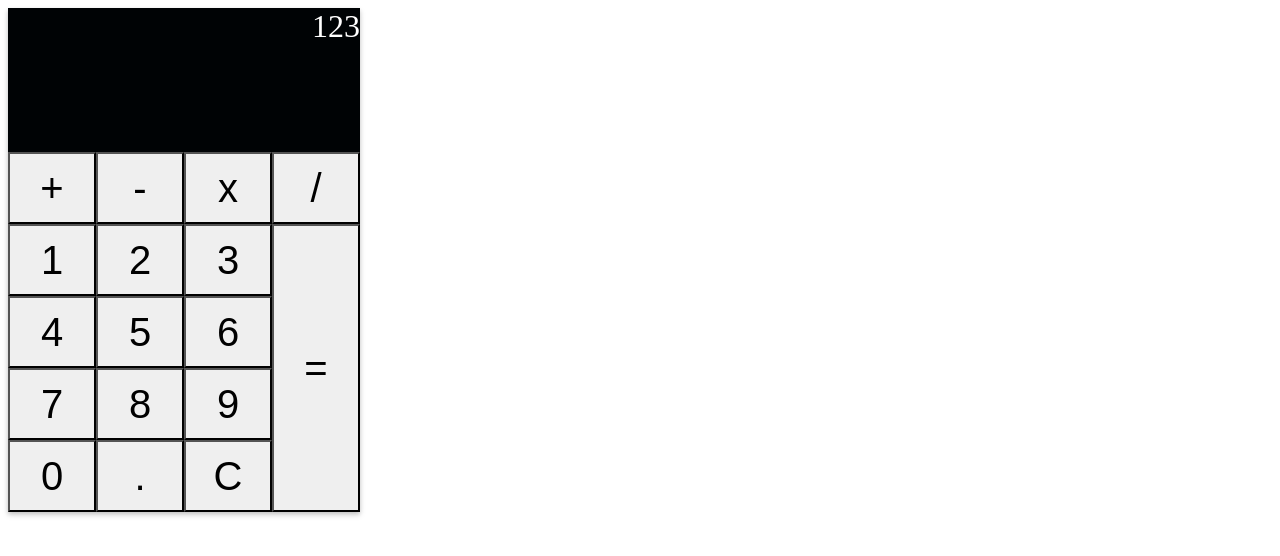
Repository: TEazy2433/LAB-calculator
Page: index.html
These files come from the project's save history. The page is drawn as it stood at one moment and after the next save; the edit follows.
The browser window is 1280 px wide. The pictures show the whole page.

Above is the page before, as saved 2023-10-14 10:27:52.

After the next save:
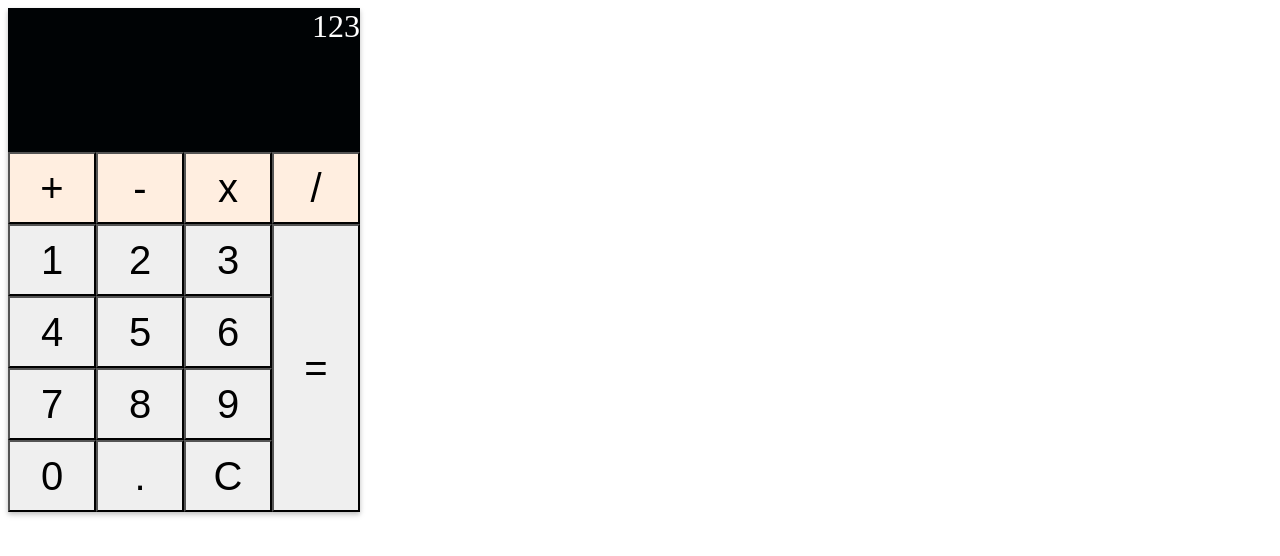
Saved 83 s later.
--- a/main.css
+++ b/main.css
@@ -30,12 +30,9 @@
 
 }
 .key--operator{
-  border-color: black;
-
+  background: rgba(253, 113, 6, 0.12);
 }
 .key--enter{
   grid-column: 4 / 5;
   grid-row: 2/ span 4;
-  border-color: black;
-
 }
